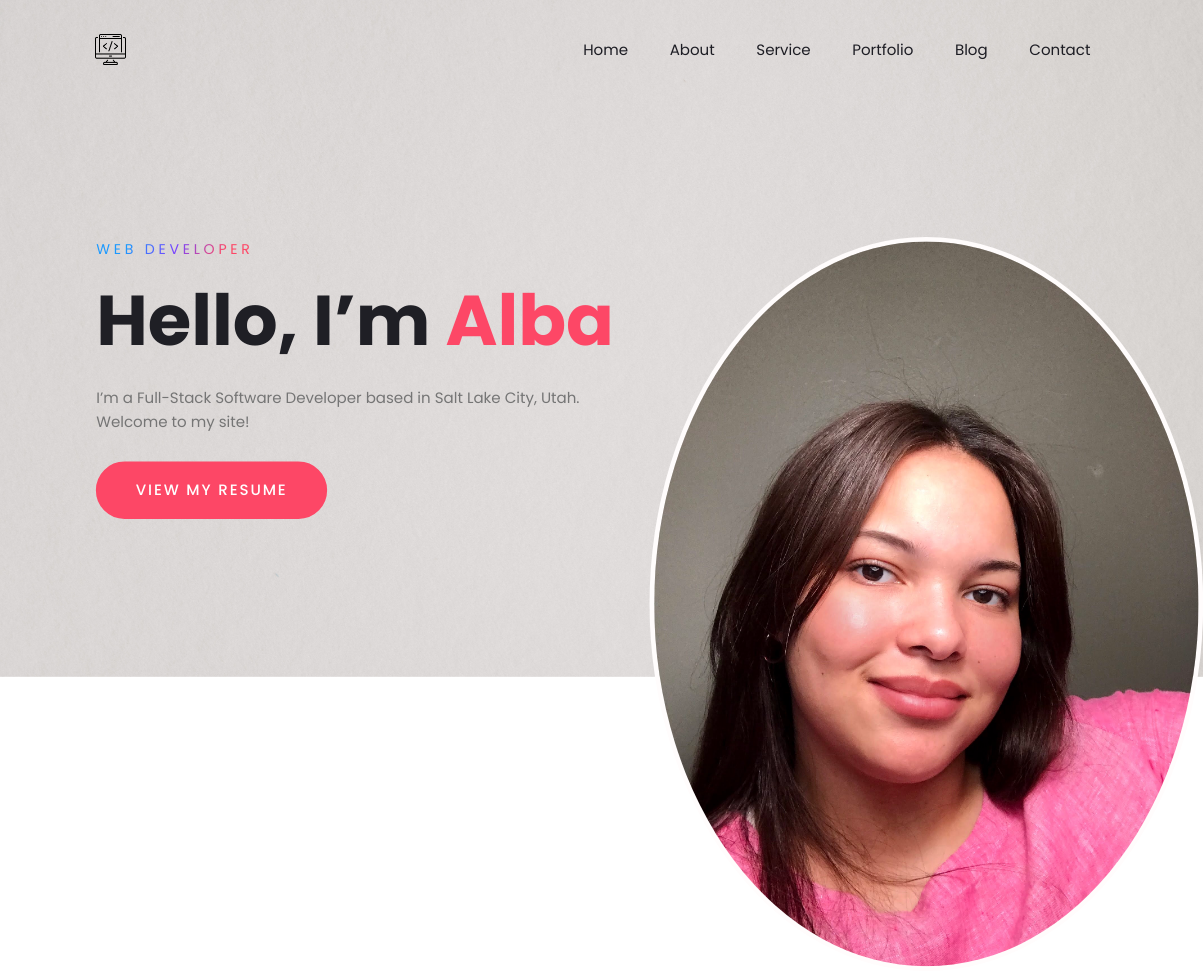
Repository: pilar122/port
Page: index.html
The author's editor kept a copy of each file at every save. The page is drawn from the files as they stood at one save, then again after the next save.
The browser window is 1280 px wide. The pictures show the whole page, at 94% of full size.

Above is the page before, as saved 2022-01-29 14:58:45.

After the next save:
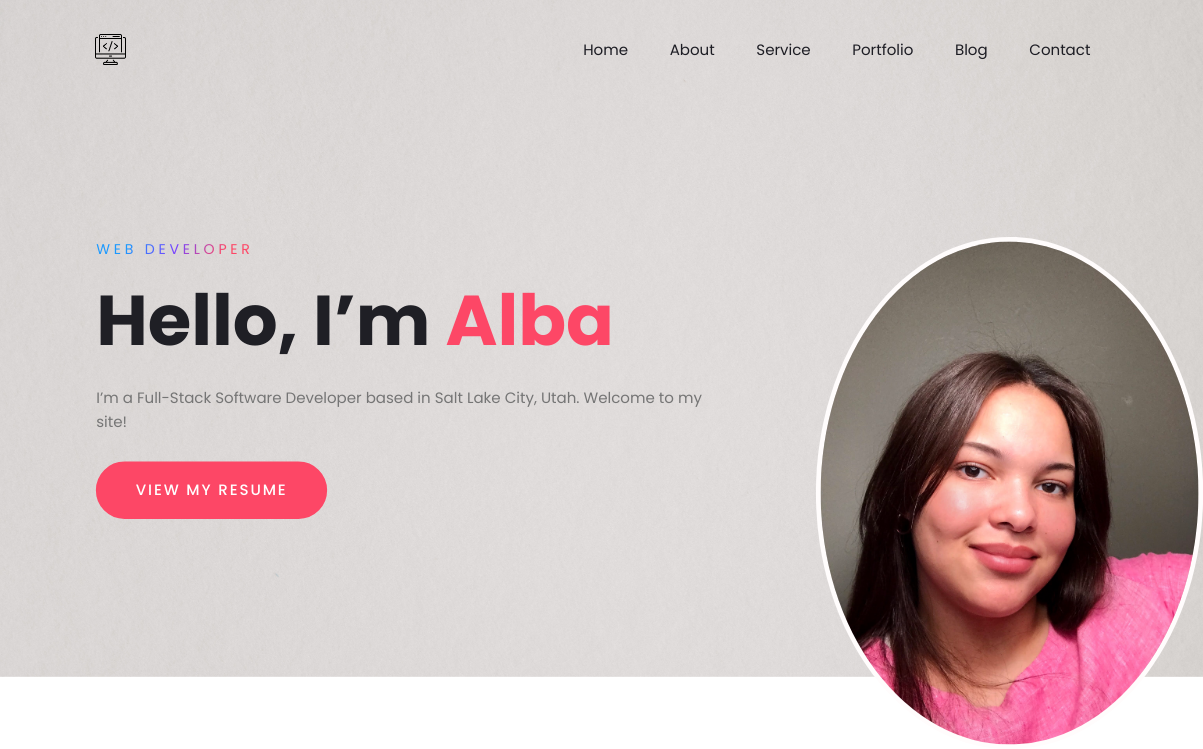
Saved 12 s later.
--- a/style.css
+++ b/style.css
@@ -103,8 +103,8 @@ nav ul li a:hover:after{
 }
 
 .content .img{
-    max-width: 50%;
-    max-width: 50%;
+    max-width: 35%;
+    max-width: 35%;
     border-radius: 50%;
     border: 5px solid rgb(255, 252, 252);
     float: right;
